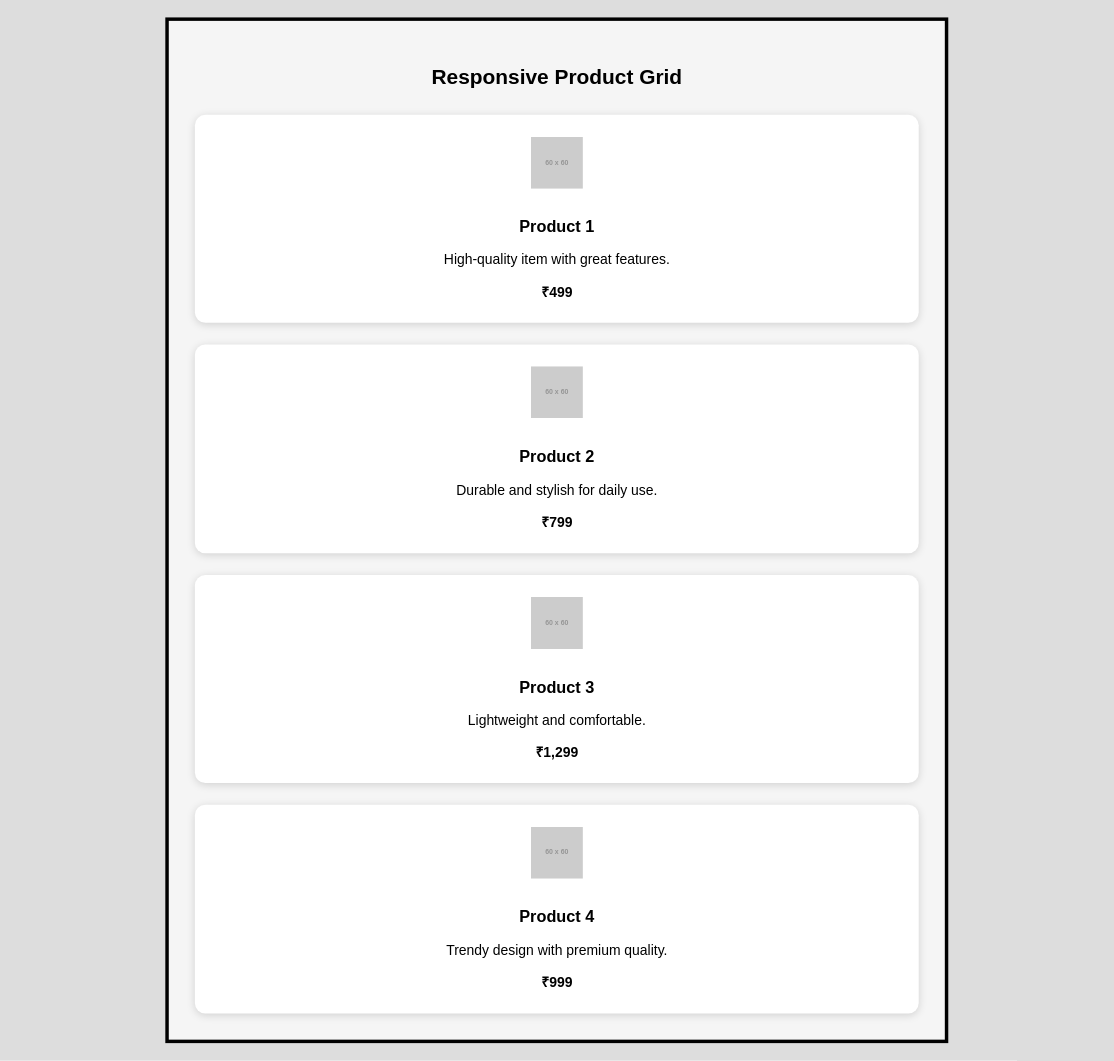
Repository: Glory998/ELCE1-32
Page: experiment9(ii).html
An editor plug-in stored every save of this project. The page is shown before and after the next save, followed by the edit.
The browser window is 1280 px wide. The pictures show the whole page, at 87% of full size.

Above is the page before, as saved 2025-12-26 00:58:54.

### experiment9(ii).html
<!DOCTYPE html>
<html lang="en">
<head>
<meta charset="UTF-8">
<title>Responsive Product Grid</title>

<style>
body{
  margin:0;
  padding:0;
  background:#ddd;
  font-family: Arial, sans-serif;
}


.layout-box{
  width: 90%;
  max-width: 900px;
  min-height: 100vh;
  margin: 20px auto;
  border: 4px solid black;
  background:#f5f5f5;
  padding: 30px;
  box-sizing: border-box;
}

h2{
  text-align:center;
  margin-bottom:30px;
}


.product-grid{
  display:grid;
  grid-template-columns: 1fr;
  gap: 25px;
}


.product-card{
  background:white;
  padding:25px;
  border-radius:12px;
  text-align:center;
  box-shadow:0 2px 10px rgba(0,0,0,0.15);
}

.product-card img{
  width:60px;
  margin-bottom:10px;
}

.price{
  font-weight:bold;
  margin-top:10px;
}


(min-width: 768px){
  .product-grid{
    grid-template-columns: repeat(2, 1fr);
  }
}
</style>
</head>

<body>

<div class="layout-box">
  <h2>Responsive Product Grid</h2>

  <div class="product-grid">

    <div class="product-card">
      <img src="https://via.placeholder.com/60">
      <h3>Product 1</h3>
      <p>High-quality item with great features.</p>
      <div class="price">₹499</div>
    </div>

    <div class="product-card">
      <img src="https://via.placeholder.com/60">
      <h3>Product 2</h3>
      <p>Durable and stylish for daily use.</p>
      <div class="price">₹799</div>
    </div>

    <div class="product-card">
      <img src="https://via.placeholder.com/60">
      <h3>Product 3</h3>
      <p>Lightweight and comfortable.</p>
      <div class="price">₹1,299</div>
    </div>

    <div class="product-card">
      <img src="https://via.placeholder.com/60">
      <h3>Product 4</h3>
      <p>Trendy design with premium quality.</p>
      <div class="price">₹999</div>
    </div>

  </div>
</div>

</body>
</html>

After the next save:
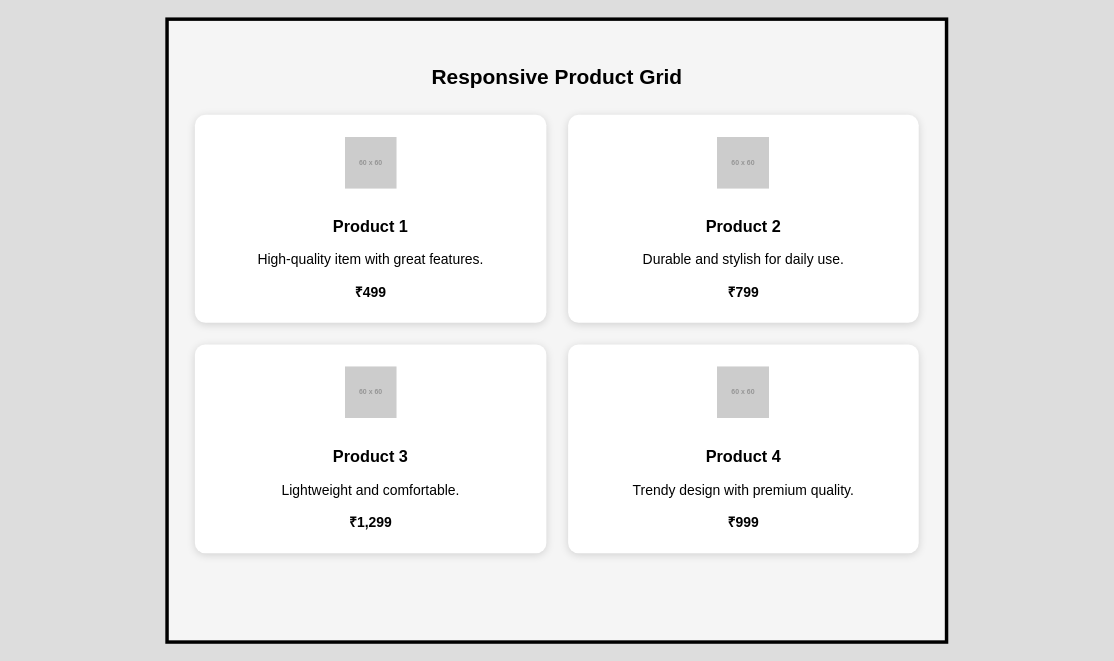
Saved 29 s later.
--- a/experiment9(ii).html
+++ b/experiment9(ii).html
@@ -12,7 +12,7 @@
   font-family: Arial, sans-serif;
 }
 
-
+/* 🔲 OUTER LAYOUT LINE */
 .layout-box{
   width: 90%;
   max-width: 900px;
@@ -29,14 +29,14 @@
   margin-bottom:30px;
 }
 
-
+/* PRODUCT GRID */
 .product-grid{
   display:grid;
-  grid-template-columns: 1fr;
+  grid-template-columns: 1fr;   /* Mobile default */
   gap: 25px;
 }
 
-
+/* PRODUCT CARD */
 .product-card{
   background:white;
   padding:25px;
@@ -55,10 +55,10 @@
   margin-top:10px;
 }
 
-
-(min-width: 768px){
+/* 📱 TABLET & LAPTOP (≤1024px) */
+@media (min-width: 768px){
   .product-grid{
-    grid-template-columns: repeat(2, 1fr);
+    grid-template-columns: repeat(2, 1fr);  /* 👈 2 cards per row */
   }
 }
 </style>

After the save that followed:
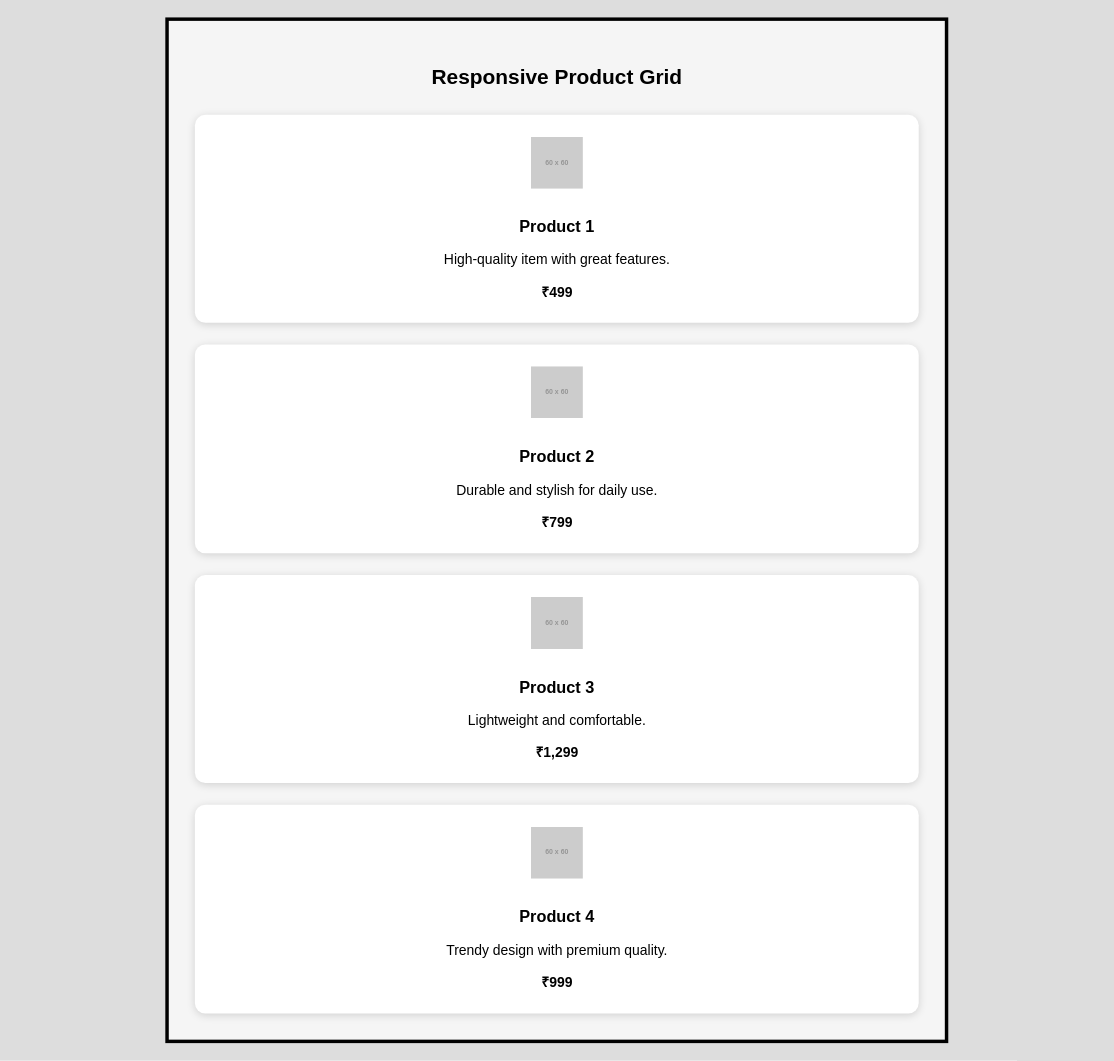
Saved 59 s later.
--- a/experiment9(ii).html
+++ b/experiment9(ii).html
@@ -12,7 +12,7 @@
   font-family: Arial, sans-serif;
 }
 
-/* 🔲 OUTER LAYOUT LINE */
+
 .layout-box{
   width: 90%;
   max-width: 900px;
@@ -29,14 +29,14 @@
   margin-bottom:30px;
 }
 
-/* PRODUCT GRID */
+
 .product-grid{
   display:grid;
-  grid-template-columns: 1fr;   /* Mobile default */
+  grid-template-columns: 1fr;
   gap: 25px;
 }
 
-/* PRODUCT CARD */
+
 .product-card{
   background:white;
   padding:25px;
@@ -56,9 +56,9 @@
 }
 
 /* 📱 TABLET & LAPTOP (≤1024px) */
-@media (min-width: 768px){
+(min-width: 768px){
   .product-grid{
-    grid-template-columns: repeat(2, 1fr);  /* 👈 2 cards per row */
+    grid-template-columns: repeat(2, 1fr);
   }
 }
 </style>
